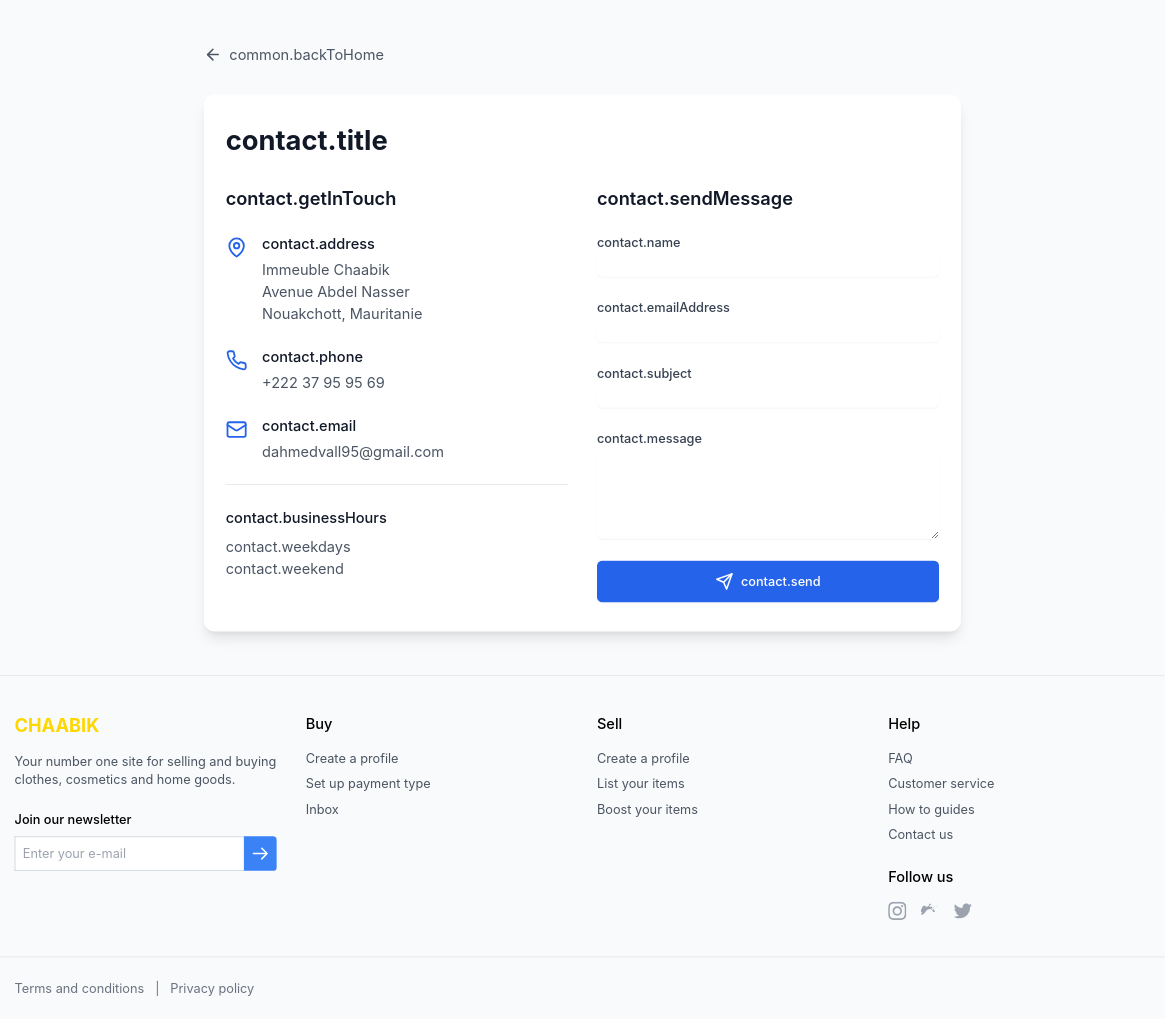
Repository: DahSidiAbdallah/Chaabik
Page: /contact
The author's editor kept a copy of each file at every save. The page is drawn from the files as they stood at one save, then again after the next save.
The browser window is 1280 px wide. The pictures show the whole page, at 91% of full size.
The project was rebuilt for these pictures with package versions that can differ from the ones it lists, and the page was loaded fresh each time. Also part of the build but not shown: vite.config.ts, src/lib/supabase.ts, src/data.ts, src/components/ProductDetails.tsx, src/components/Auth.tsx, src/components/AddProduct.tsx, src/components/SearchBar.tsx, src/components/ListingCard.tsx and 7 more. Imported but missing from the stored project, and not drawn on this page: src/i18n.

Above is the page before, as saved 2025-05-19 11:23:15.

### index.html
<!doctype html>
<html lang="en">
  <head>
    <meta charset="UTF-8" />
    <link rel="icon" type="image/svg+xml" href="/src/assets/favicon.png" />
    <meta name="viewport" content="width=device-width, initial-scale=1.0" />
    <title>Vite + React + TS</title>
  </head>
  <body>
    <div id="root"></div>
    <script type="module" src="/src/main.tsx"></script>
  </body>
</html>

### src/App.tsx
import React from 'react';
import { BrowserRouter, Routes, Route } from 'react-router-dom';
import { ProductDetails } from './components/ProductDetails';
import { Auth } from './components/Auth';
import { AddProduct } from './components/AddProduct';
import { HomePage } from './components/HomePage';
import { SafetyTips } from './components/SafetyTips';
import { FAQ } from './components/FAQ';
import { Contact } from './components/Contact';
import { Rules } from './components/Rules';

function App() {
  return (
    <BrowserRouter>
      <div className="min-h-screen font-sans bg-white" dir={document.dir}>
        <Routes>
          <Route path="/" element={<HomePage />} />
          <Route path="/product/:id" element={<ProductDetails />} />
          <Route path="/auth" element={<Auth />} />
          <Route path="/add-product" element={<AddProduct />} />
          <Route path="/safety" element={<SafetyTips />} />
          <Route path="/faq" element={<FAQ />} />
          <Route path="/contact" element={<Contact />} />
          <Route path="/rules" element={<Rules />} />
        </Routes>
      </div>
    </BrowserRouter>
  );
}

export default App

### src/index.css
@tailwind base;
@tailwind components;
@tailwind utilities;

/* Custom fonts */
@import url('https://fonts.googleapis.com/css2?family=Inter:wght@400;500;600;700&display=swap');

/* Base styles */
html {
  scroll-behavior: smooth;
}

body {
  font-family: 'Inter', sans-serif;
}

/* Transitions */
.transition {
  transition: all 0.2s ease-in-out;
}

### src/components/Contact.tsx
import React, { useState } from 'react';
import { useTranslation } from 'react-i18next';
import { Link } from 'react-router-dom';
import { ArrowLeft, Mail, Phone, MapPin, Send } from 'lucide-react';
import { Footer } from './Footer';

export function Contact() {
  const { t } = useTranslation();
  const [formData, setFormData] = useState({
    name: '',
    email: '',
    subject: '',
    message: ''
  });

  const handleSubmit = (e: React.FormEvent) => {
    e.preventDefault();
    // Handle form submission
    console.log('Form submitted:', formData);
  };

  return (
    <div className="min-h-screen bg-gray-50">
      <div className="max-w-4xl mx-auto px-4 sm:px-6 lg:px-8 py-12">
        <Link to="/" className="inline-flex items-center text-gray-600 hover:text-gray-900 mb-8">
          <ArrowLeft className="w-5 h-5 mr-2" />
          {t('common.backToHome')}
        </Link>

        <div className="bg-white rounded-xl shadow-lg overflow-hidden">
          <div className="px-6 py-8">
            <h1 className="text-3xl font-bold text-gray-900 mb-8">
              {t('contact.title')}
            </h1>

            <div className="grid grid-cols-1 md:grid-cols-2 gap-8">
              {/* Contact Information */}
              <div>
                <h2 className="text-xl font-semibold text-gray-900 mb-6">
                  {t('contact.getInTouch')}
                </h2>

                <div className="space-y-6">
                  <div className="flex items-start">
                    <MapPin className="w-6 h-6 text-blue-600 mt-1" />
                    <div className="ml-4">
                      <h3 className="font-medium text-gray-900">{t('contact.address')}</h3>
                      <p className="text-gray-600 mt-1">
                        Immeuble Chaabik<br />
                        Avenue Abdel Nasser<br />
                        Nouakchott, Mauritanie
                      </p>
                    </div>
                  </div>

                  <div className="flex items-start">
                    <Phone className="w-6 h-6 text-blue-600 mt-1" />
                    <div className="ml-4">
                      <h3 className="font-medium text-gray-900">{t('contact.phone')}</h3>
                      <p className="text-gray-600 mt-1">+222 37 95 95 69</p>
                    </div>
                  </div>

                  <div className="flex items-start">
                    <Mail className="w-6 h-6 text-blue-600 mt-1" />
                    <div className="ml-4">
                      <h3 className="font-medium text-gray-900">{t('contact.email')}</h3>
                      <p className="text-gray-600 mt-1">dahmedvall95@gmail.com</p>
                    </div>
                  </div>

                  <div className="border-t border-gray-200 pt-6">
                    <h3 className="font-medium text-gray-900 mb-2">{t('contact.businessHours')}</h3>
                    <p className="text-gray-600">
                      {t('contact.weekdays')}<br />
                      {t('contact.weekend')}
                    </p>
                  </div>
                </div>
              </div>

              {/* Contact Form */}
              <div>
                <h2 className="text-xl font-semibold text-gray-900 mb-6">
                  {t('contact.sendMessage')}
                </h2>

                <form onSubmit={handleSubmit} className="space-y-6">
                  <div>
                    <label htmlFor="name" className="block text-sm font-medium text-gray-700">
                      {t('contact.name')}
                    </label>
                    <input
                      type="text"
                      id="name"
                      value={formData.name}
                      onChange={(e) => setFormData({ ...formData, name: e.target.value })}
                      className="mt-1 block w-full rounded-md border-gray-300 shadow-sm focus:border-blue-500 focus:ring focus:ring-blue-200 focus:ring-opacity-50"
                      required
                    />
                  </div>

                  <div>
                    <label htmlFor="email" className="block text-sm font-medium text-gray-700">
                      {t('contact.emailAddress')}
                    </label>
                    <input
                      type="email"
                      id="email"
                      value={formData.email}
                      onChange={(e) => setFormData({ ...formData, email: e.target.value })}
                      className="mt-1 block w-full rounded-md border-gray-300 shadow-sm focus:border-blue-500 focus:ring focus:ring-blue-200 focus:ring-opacity-50"
                      required
                    />
                  </div>

                  <div>
                    <label htmlFor="subject" className="block text-sm font-medium text-gray-700">
                      {t('contact.subject')}
                    </label>
                    <input
                      type="text"
                      id="subject"
                      value={formData.subject}
                      onChange={(e) => setFormData({ ...formData, subject: e.target.value })}
                      className="mt-1 block w-full rounded-md border-gray-300 shadow-sm focus:border-blue-500 focus:ring focus:ring-blue-200 focus:ring-opacity-50"
                      required
                    />
                  </div>

                  <div>
                    <label htmlFor="message" className="block text-sm font-medium text-gray-700">
                      {t('contact.message')}
                    </label>
                    <textarea
                      id="message"
                      rows={4}
                      value={formData.message}
                      onChange={(e) => setFormData({ ...formData, message: e.target.value })}
                      className="mt-1 block w-full rounded-md border-gray-300 shadow-sm focus:border-blue-500 focus:ring focus:ring-blue-200 focus:ring-opacity-50"
                      required
                    />
                  </div>

                  <button
                    type="submit"
                    className="w-full flex justify-center items-center py-3 px-4 border border-transparent rounded-md shadow-sm text-sm font-medium text-white bg-blue-600 hover:bg-blue-700 focus:outline-none focus:ring-2 focus:ring-offset-2 focus:ring-blue-500"
                  >
                    <Send className="w-5 h-5 mr-2" />
                    {t('contact.send')}
                  </button>
                </form>
              </div>
            </div>
          </div>
        </div>
      </div>
      <Footer />
    </div>
  );
}

### src/components/Footer.tsx
import React from 'react';
import { Link } from 'react-router-dom';

export function Footer() {
  return (
    <footer className="border-t border-gray-200 mt-auto">
      <div className="max-w-7xl mx-auto px-4 py-10 grid grid-cols-4 gap-8">
        <div>
          <div className="flex items-center mb-4">
            <span className="text-xl font-bold text-yellow-400">CHAABIK</span>
          </div>
          <p className="text-sm text-gray-600 mb-6">
            Your number one site for selling and buying clothes, cosmetics and home goods.
          </p>
          <div className="mt-6">
            <h3 className="text-sm font-medium mb-2">Join our newsletter</h3>
            <div className="flex">
              <input
                type="email"
                placeholder="Enter your e-mail"
                className="p-2 text-sm border border-r-0 border-gray-300 flex-grow"
              />
              <button className="bg-blue-500 text-white p-2 rounded-r">
                <svg width="20" height="20" fill="none" viewBox="0 0 24 24" stroke="currentColor">
                  <path strokeLinecap="round" strokeLinejoin="round" strokeWidth={2} d="M14 5l7 7m0 0l-7 7m7-7H3" />
                </svg>
              </button>
            </div>
          </div>
        </div>

        <div>
          <h3 className="font-medium mb-4">Buy</h3>
          <ul className="space-y-2 text-sm">
            <li><Link to="#" className="text-gray-600 hover:text-gray-900">Create a profile</Link></li>
            <li><Link to="#" className="text-gray-600 hover:text-gray-900">Set up payment type</Link></li>
            <li><Link to="#" className="text-gray-600 hover:text-gray-900">Inbox</Link></li>
          </ul>
        </div>

        <div>
          <h3 className="font-medium mb-4">Sell</h3>
          <ul className="space-y-2 text-sm">
            <li><Link to="#" className="text-gray-600 hover:text-gray-900">Create a profile</Link></li>
            <li><Link to="#" className="text-gray-600 hover:text-gray-900">List your items</Link></li>
            <li><Link to="#" className="text-gray-600 hover:text-gray-900">Boost your items</Link></li>
          </ul>
        </div>

        <div>
          <h3 className="font-medium mb-4">Help</h3>
          <ul className="space-y-2 text-sm">
            <li><Link to="#" className="text-gray-600 hover:text-gray-900">FAQ</Link></li>
            <li><Link to="#" className="text-gray-600 hover:text-gray-900">Customer service</Link></li>
            <li><Link to="#" className="text-gray-600 hover:text-gray-900">How to guides</Link></li>
            <li><Link to="#" className="text-gray-600 hover:text-gray-900">Contact us</Link></li>
          </ul>

          <h3 className="font-medium mt-6 mb-4">Follow us</h3>
          <div className="flex space-x-4">
            <a href="#" className="text-gray-400 hover:text-pink-500">
              <svg width="20" height="20" fill="currentColor" viewBox="0 0 24 24">
                <path d="M12 2.163c3.204 0 3.584.012 4.85.07 3.252.148 4.771 1.691 4.919 4.919.058 1.265.069 1.645.069 4.849 0 3.205-.012 3.584-.069 4.849-.149 3.225-1.664 4.771-4.919 4.919-1.266.058-1.644.07-4.85.07-3.204 0-3.584-.012-4.849-.07-3.26-.149-4.771-1.699-4.919-4.92-.058-1.265-.07-1.644-.07-4.849 0-3.204.013-3.583.07-4.849.149-3.227 1.664-4.771 4.919-4.919 1.266-.057 1.645-.069 4.849-.069zm0-2.163c-3.259 0-3.667.014-4.947.072-4.358.2-6.78 2.618-6.98 6.98-.059 1.281-.073 1.689-.073 4.948 0 3.259.014 3.668.072 4.948.2 4.358 2.618 6.78 6.98 6.98 1.281.058 1.689.072 4.948.072 3.259 0 3.668-.014 4.948-.072 4.354-.2 6.782-2.618 6.979-6.98.059-1.28.073-1.689.073-4.948 0-3.259-.014-3.667-.072-4.947-.196-4.354-2.617-6.78-6.979-6.98-1.281-.059-1.69-.073-4.949-.073zm0 5.838c-3.403 0-6.162 2.759-6.162 6.162s2.759 6.163 6.162 6.163 6.162-2.759 6.162-6.163c0-3.403-2.759-6.162-6.162-6.162zm0 10.162c-2.209 0-4-1.79-4-4 0-2.209 1.791-4 4-4s4 1.791 4 4c0 2.21-1.791 4-4 4zm6.406-11.845c-.796 0-1.441.645-1.441 1.44s.645 1.44 1.441 1.44c.795 0 1.439-.645 1.439-1.44s-.644-1.44-1.439-1.44z" />
              </svg>
            </a>
            <a href="#" className="text-gray-400 hover:text-blue-500">
              <svg width="20" height="20" fill="currentColor" viewBox="0 0 24 24">
                <path d="M22 5.16c-.406.566-1.557 1.169-2.219 1.151v.003c-.008 0-.017-.003-.025-.003-1.836-.143-3.13.45-3.35 1.7-.113.675.131 1.594.294 2.151s1.083 1.598 1.083 1.598c.475.278.695 1.188.762 1.401.045.141-.533.294-1.2.436-1.275.273-1.39-.734-1.39-.734-.105-.241-1.084-3.53-3.859-3.455-2.774.075-4.255 1.222-5.968 3.634-1.713 2.41-3.335 3.746-4.204 3.863-.869.12-1.65-.241-1.726-.835-.075-.593.478-1.033 1.02-1.204.54-.173.457-.717.109-.956-1.177-.809-1.559-1.276-1.559-2.719 0-1.441 1.322-1.846 1.322-1.846s.524-2.834 1.814-3.773c1.291-.939 3.104.024 3.104.024s.353.6.549.826c.195.226.39.75.39.75s1.529-.75 2.227-1.264c.697-.511 1.322-1.013 1.322-1.013s.11-.34.39-1.388c.279-1.05 1.271-.96 1.271-.96s.732-.059 1.138.33c.405.39.479.84.405 1.049-.48.135-1.271.045-1.745.045 0 0-.22 1.395-1.291 2.498.706.165 1.271.226 2.661.075 1.396-.15 1.861.809 1.861 1.222s-.479.795-.869.96c-.395.166-.644.436-.738.601-.09.165.044.27.044.27s.989.299 1.138.839c.143.54-.346 1.124-.346 1.124l.374.029s.918-.734 1.679-3.003c0 0 .148-.374.224-.479.075-.104.284-.478.389-.509.104-.03.149-.284.253-.886z" />
              </svg>
            </a>
            <a href="#" className="text-gray-400 hover:text-blue-500">
              <svg width="20" height="20" fill="currentColor" viewBox="0 0 24 24">
                <path d="M24 4.557c-.883.392-1.832.656-2.828.775 1.017-.609 1.798-1.574 2.165-2.724-.951.564-2.005.974-3.127 1.195-.897-.957-2.178-1.555-3.594-1.555-3.179 0-5.515 2.966-4.797 6.045-4.091-.205-7.719-2.165-10.148-5.144-1.29 2.213-.669 5.108 1.523 6.574-.806-.026-1.566-.247-2.229-.616-.054 2.281 1.581 4.415 3.949 4.89-.693.188-1.452.232-2.224.084.626 1.956 2.444 3.379 4.6 3.419-2.07 1.623-4.678 2.348-7.29 2.04 2.179 1.397 4.768 2.212 7.548 2.212 9.142 0 14.307-7.721 13.995-14.646.962-.695 1.797-1.562 2.457-2.549z" />
              </svg>
            </a>
          </div>
        </div>
      </div>

      <div className="border-t border-gray-200">
        <div className="max-w-7xl mx-auto px-4 py-6 flex justify-between text-sm text-gray-500">
          <div>
            <span>Terms and conditions</span>
            <span className="mx-3">|</span>
            <span>Privacy policy</span>
          </div>
        </div>
      </div>
    </footer>
  );
}

### tailwind.config.js
/** @type {import('tailwindcss').Config} */
export default {
  content: ['./index.html', './src/**/*.{js,ts,jsx,tsx}'],
  theme: {
    extend: {
      colors: {
        yellow: {
          400: '#FFD700', // CHAABIK brand color
        },
        blue: {
          50: '#EBF5FF',
          500: '#3B82F6',
          600: '#2563EB',
          700: '#1D4ED8',
          800: '#1E40AF',
          900: '#1E3A8A',
        },
        gray: {
          50: '#F9FAFB',
          100: '#F3F4F6',
          200: '#E5E7EB',
          300: '#D1D5DB',
          400: '#9CA3AF',
          500: '#6B7280',
          600: '#4B5563',
          700: '#374151',
          800: '#1F2937',
          900: '#111827',
        }
      },
      fontFamily: {
        sans: ['Inter', 'sans-serif'],
      },
      borderRadius: {
        'sm': '0.125rem',
        'md': '0.375rem',
        'lg': '0.5rem',
        'xl': '0.75rem',
        '2xl': '1rem',
      },
      boxShadow: {
        sm: '0 1px 2px 0 rgba(0, 0, 0, 0.05)',
        DEFAULT: '0 1px 3px 0 rgba(0, 0, 0, 0.1), 0 1px 2px 0 rgba(0, 0, 0, 0.06)',
        md: '0 4px 6px -1px rgba(0, 0, 0, 0.1), 0 2px 4px -1px rgba(0, 0, 0, 0.06)',
        lg: '0 10px 15px -3px rgba(0, 0, 0, 0.1), 0 4px 6px -2px rgba(0, 0, 0, 0.05)',
        xl: '0 20px 25px -5px rgba(0, 0, 0, 0.1), 0 10px 10px -5px rgba(0, 0, 0, 0.04)',
      },
    },
  },
  plugins: [],
};

Loaded but not shown: src/main.tsx (common file)

After the next save:
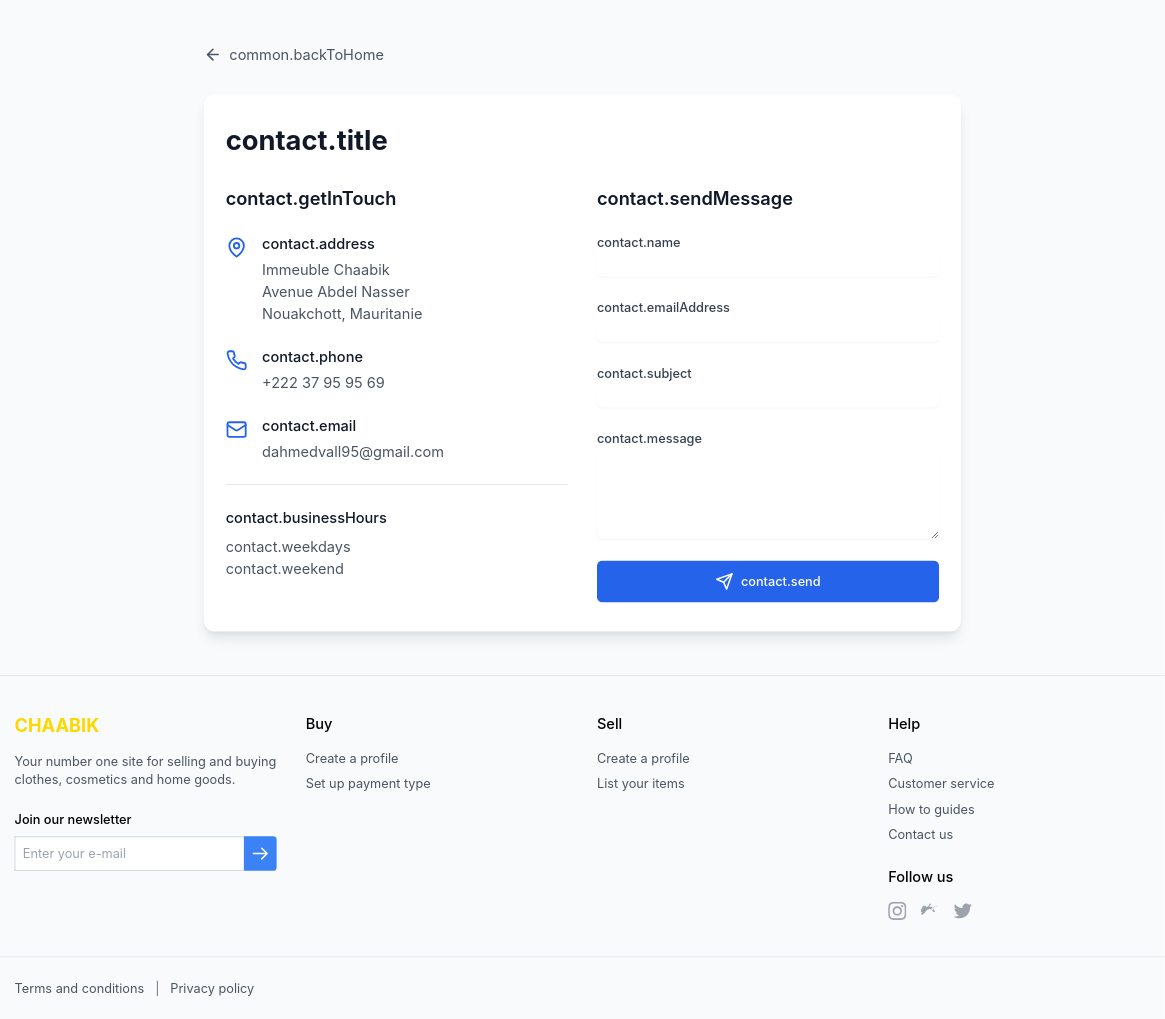
Saved 3 min 20 s later.
--- a/src/components/Footer.tsx
+++ b/src/components/Footer.tsx
@@ -34,7 +34,6 @@ export function Footer() {
           <ul className="space-y-2 text-sm">
             <li><Link to="#" className="text-gray-600 hover:text-gray-900">Create a profile</Link></li>
             <li><Link to="#" className="text-gray-600 hover:text-gray-900">Set up payment type</Link></li>
-            <li><Link to="#" className="text-gray-600 hover:text-gray-900">Inbox</Link></li>
           </ul>
         </div>
 
@@ -43,17 +42,16 @@ export function Footer() {
           <ul className="space-y-2 text-sm">
             <li><Link to="#" className="text-gray-600 hover:text-gray-900">Create a profile</Link></li>
             <li><Link to="#" className="text-gray-600 hover:text-gray-900">List your items</Link></li>
-            <li><Link to="#" className="text-gray-600 hover:text-gray-900">Boost your items</Link></li>
           </ul>
         </div>
 
         <div>
           <h3 className="font-medium mb-4">Help</h3>
           <ul className="space-y-2 text-sm">
-            <li><Link to="#" className="text-gray-600 hover:text-gray-900">FAQ</Link></li>
+            <li><Link to="/faq" className="text-gray-600 hover:text-gray-900">FAQ</Link></li>
             <li><Link to="#" className="text-gray-600 hover:text-gray-900">Customer service</Link></li>
             <li><Link to="#" className="text-gray-600 hover:text-gray-900">How to guides</Link></li>
-            <li><Link to="#" className="text-gray-600 hover:text-gray-900">Contact us</Link></li>
+            <li><Link to="/contact" className="text-gray-600 hover:text-gray-900">Contact us</Link></li>
           </ul>
 
           <h3 className="font-medium mt-6 mb-4">Follow us</h3>
@@ -80,9 +78,9 @@ export function Footer() {
       <div className="border-t border-gray-200">
         <div className="max-w-7xl mx-auto px-4 py-6 flex justify-between text-sm text-gray-500">
           <div>
-            <span>Terms and conditions</span>
+            <Link to="/terms" className="text-gray-600 hover:text-gray-900">Terms and conditions</Link>
             <span className="mx-3">|</span>
-            <span>Privacy policy</span>
+            <Link to="/privacy" className="text-gray-600 hover:text-gray-900">Privacy policy</Link>
           </div>
         </div>
       </div>
